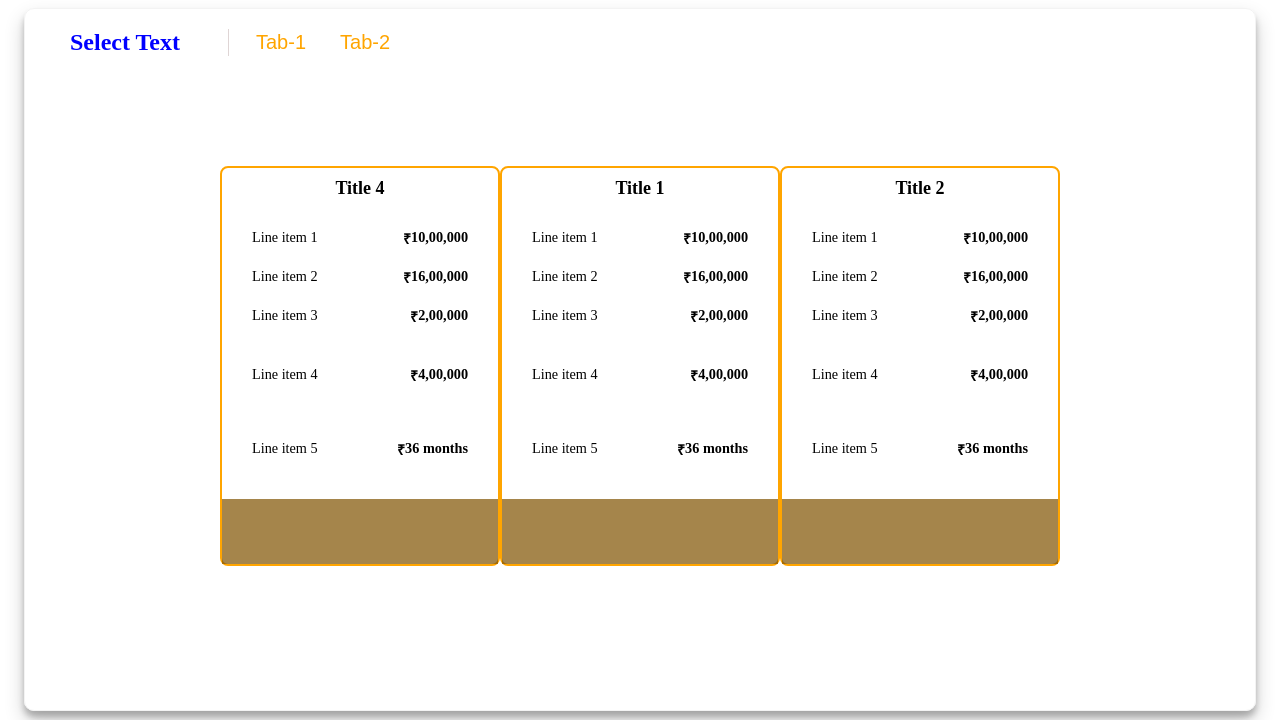
Repository: Adityanarayan-tiwari/Cardbox
Page: index.html
These files come from the project's save history. The page is drawn as it stood at one moment and after the next save; the edit follows.
The browser window is 1280 px wide. The pictures show the whole page.

Above is the page before, as saved 2020-07-25 13:45:32.

After the next save:
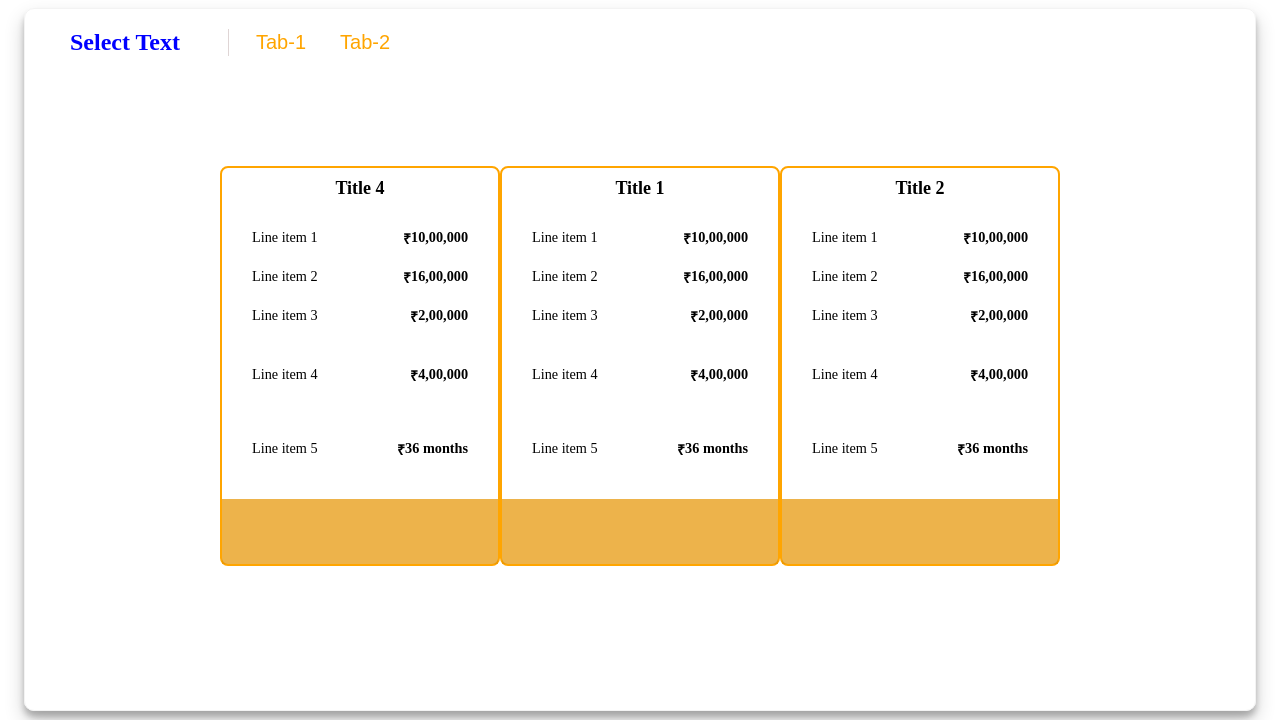
Saved 5 s later.
--- a/index.css
+++ b/index.css
@@ -130,7 +130,7 @@
     bottom: 0;
     padding-top: 10px;
     opacity: .7;
-    filter: brightness(50%);
+    filter: brightness(90%);
 }
 
 
